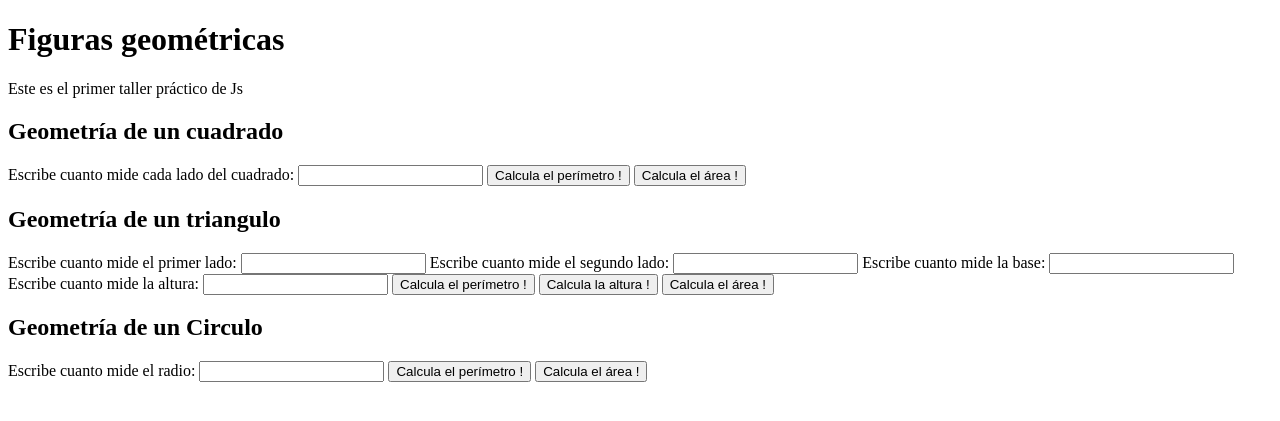
Repository: ChristianGecchelin/javascript-project
Page: javascript-project/figuras-geometricas/figuras.html
These files come from the project's save history. The page is drawn as it stood at one moment and after the next save; the edit follows.
The browser window is 1280 px wide. The pictures show the whole page.

Above is the page before, as saved 2021-12-01 15:16:38.

After the next save:
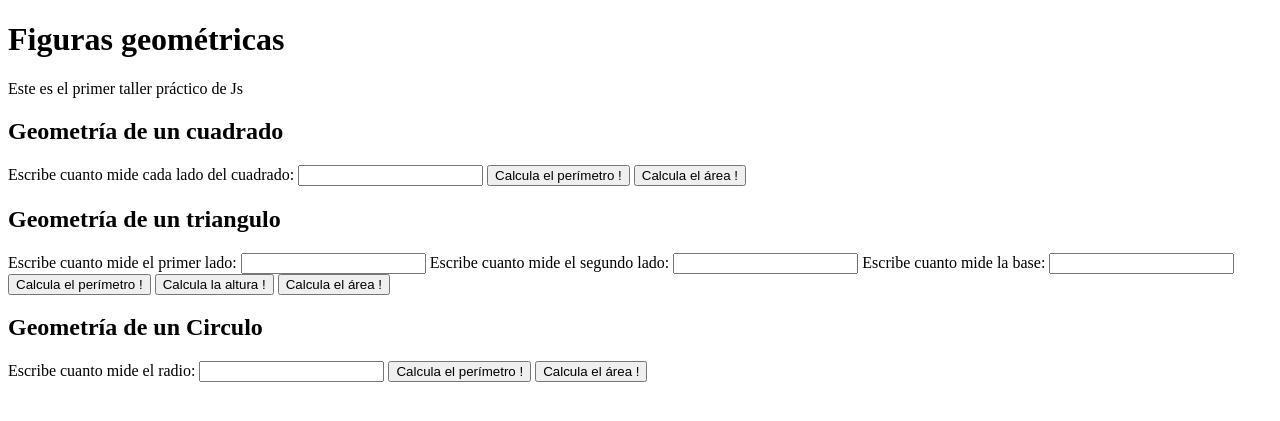
Saved 10 min 54 s later.
--- a/javascript-project/figuras-geometricas/figuras.html
+++ b/javascript-project/figuras-geometricas/figuras.html
@@ -34,8 +34,6 @@
         <input type="number" id="inputLado2" />
         <label for="">Escribe cuanto mide la base:</label>
         <input type="number" id="inputBase" />
-        <label for="">Escribe cuanto mide la altura:</label>
-        <input type="number" id="inputAltura" />
         <button type="button" onclick="calcularPerimetroTriangulo()">
           Calcula el perímetro !
         </button>
